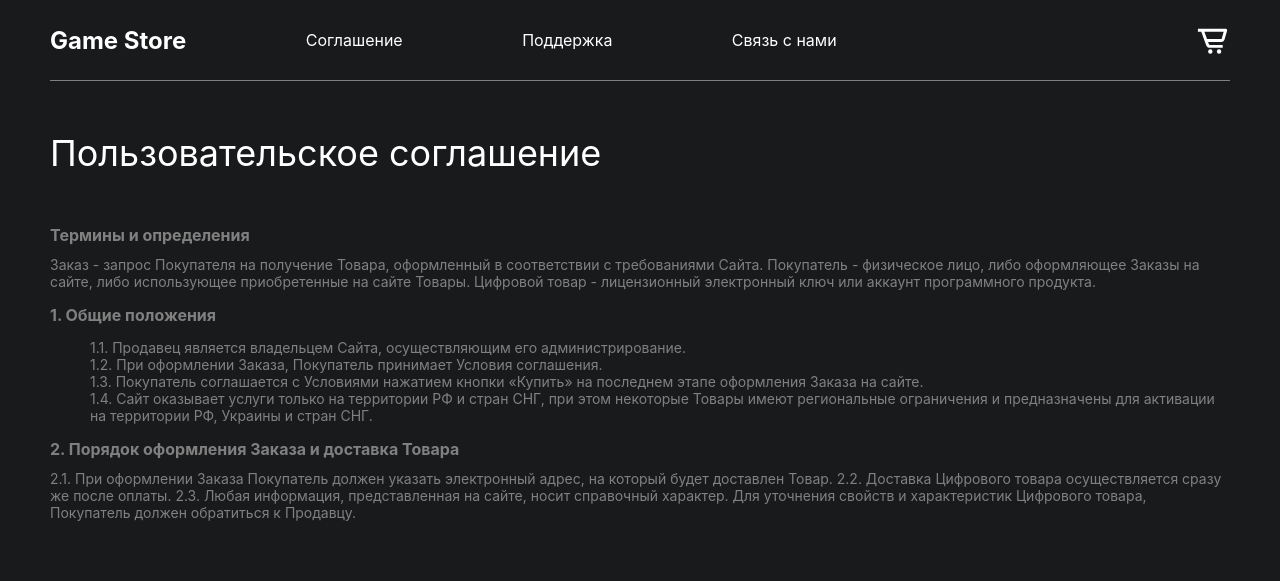
Repository: Minkeani/GameStore
Page: /agreement
The author's editor kept a copy of each file at every save. The page is drawn from the files as they stood at one save, then again after the next save.
The browser window is 1280 px wide. The pictures show the whole page.
The project was rebuilt for these pictures with package versions that can differ from the ones it lists, and the page was loaded fresh each time. Also part of the build but not shown: src/components/ItemsInCart/ItemsInCart.css, src/components/ItemsInCart/ItemsInCart.jsx, src/components/CartMenu/CartMenu.css, src/components/Btn/Btn.css, src/components/Btn/Btn.jsx, src/components/CartItem/CartItem.css, src/components/CartItem/CartItem.jsx, src/components/utils/utils.js and 17 more.

Above is the page before, as saved 2022-09-11 10:42:47.

### src/index.js
import React from 'react';
import ReactDOM from 'react-dom/client';
import './index.css';
import App from './App';
import reportWebVitals from './reportWebVitals';

const root = ReactDOM.createRoot(document.getElementById('root'));
root.render(
    <App />
);

### src/index.css
body {
  margin: 0;
  font-family: -apple-system, BlinkMacSystemFont, 'Segoe UI', 'Roboto', 'Oxygen',
    'Ubuntu', 'Cantarell', 'Fira Sans', 'Droid Sans', 'Helvetica Neue',
    sans-serif;
  -webkit-font-smoothing: antialiased;
  -moz-osx-font-smoothing: grayscale;
    background-color: rgb(25, 26, 28);
}

code {
  font-family: source-code-pro, Menlo, Monaco, Consolas, 'Courier New',
    monospace;
}

.App {
  max-width: 1180px;;
  margin: 0 auto;
  padding: 0 40px;
  color: white;
}

a {
  color: white;
  text-decoration: none;
}

.secondary-text {
  color: rgb(80, 82, 84);
}

### src/App.js
import { BrowserRouter, Routes, Route } from "react-router-dom";
import Header from "./components/Header/Header";
import { Provider } from "react-redux";
import GamePage from "./components/GamePage/GamePage";
import OrderPage from "./components/OrderPage/OrderPage";
import HomePage from "./pages/HomePage/HomePage";
import {store} from './redux'
import Agreement from "./components/Agreement/Agreement";


function App() {
  return (
    <Provider store={store}>
    <BrowserRouter>
      <div className="App">
        <Header />
        <Routes>
          <Route path="/" element={<HomePage />} />
          <Route path="/app/:title" element={<GamePage />} />
          <Route path="/order" element={<OrderPage />} />
          <Route path="/agreement" element={<Agreement />} />
        </Routes>
      </div>
    </BrowserRouter>
    </Provider>
  );
}

export default App;

### src/components/Header/Header.js
import React from 'react'
import { Link } from 'react-router-dom'
import CartBlock from '../CartBlock/CartBlock'
import './Header.css'

export default function Header() {
  return (
    <div className="header">
      <div className="wrapper">
            <Link to='/' className='header__store-title'>Game Store</Link>
            <Link to='/Agreement'>Соглашение</Link>
            <Link to='/'>Поддержка</Link>
            <a to='/'>Связь с нами</a>

      </div>
      <div className="wrapper header__cart-btn-wrapper">
        <CartBlock/>
      </div>
    </div>
  )
}

### src/redux/index.js
import { configureStore } from '@reduxjs/toolkit';
import gamesReducer from './games/gamesReducer';
import reducerCart from './cart/reducerCart';

export const store = configureStore({
    reducer: {
        games: gamesReducer,
        cart: reducerCart
    }
  })

### src/components/Agreement/Agreement.jsx
import React from "react";
import Title from "../Ui/Title/Title";
import BigTitle from "../Ui/BigTitle/BigTitle";
import P from "../Ui/P/P";
import "./Agreement.css";

const Agreement = () => {
  return (
    <div>
      <BigTitle>Пользовательское соглашение</BigTitle>
      <Title>Термины и определения</Title>
      <P>
        Заказ - запрос Покупателя на получение Товара, оформленный в
        соответствии с требованиями Сайта. Покупатель - физическое лицо, либо
        оформляющее Заказы на сайте, либо использующее приобретенные на сайте
        Товары. Цифровой товар - лицензионный электронный ключ или аккаунт
        программного продукта.
      </P>
      <Title>1. Общие положения</Title>
      <P>
        <ul className="list">
          <li>
            1.1. Продавец является владельцем Сайта, осуществляющим его
            администрирование.
          </li>
          <li>
            1.2. При оформлении Заказа, Покупатель принимает Условия соглашения.
          </li>
          <li>
            1.3. Покупатель соглашается с Условиями нажатием кнопки «Купить» на
            последнем этапе оформления Заказа на сайте.
          </li>
          <li>
            1.4. Сайт оказывает услуги только на территории РФ и стран СНГ, при
            этом некоторые Товары имеют региональные ограничения и предназначены
            для активации на территории РФ, Украины и стран СНГ.
          </li>
        </ul>
      </P>
      <Title>2. Порядок оформления Заказа и доставка Товара</Title>
      <P>2.1. При оформлении Заказа Покупатель должен указать электронный адрес, на который будет доставлен Товар.

2.2. Доставка Цифрового товара осуществляется сразу же после оплаты.

2.3. Любая информация, представленная на сайте, носит справочный характер. Для уточнения свойств и характеристик Цифрового товара, Покупатель должен обратиться к Продавцу.</P>
    </div>
  );
};

export default Agreement;

### src/components/CartBlock/CartBlock.jsx
import React, { useState, useCallback } from "react";
import "./CartBlock.css";
import { useSelector } from "react-redux";
import { BiCartAlt } from "react-icons/bi";
import ItemsInCart from "../ItemsInCart/ItemsInCart";
import CartMenu from "../CartMenu/CartMenu";
import { useNavigate } from "react-router-dom";

export default function CartBlock() {
  const items = useSelector((state) => state.cart.itemsInCart);
  const totalPrice = items.reduce((acc, game) => (acc += game.price), 0);
  const [isCartMenuVisible, setCartMenuVisible] = useState(false)

  const navigate = useNavigate()

  const handleClick = useCallback(() => {
    setCartMenuVisible(false)
    navigate('/order')
  }, [navigate])

  return (
    <div className="cart-block">
      <ItemsInCart quantity={items.length}/>
      <BiCartAlt size={35} className="cart-icon" onClick={() => setCartMenuVisible(!isCartMenuVisible)} />
      {totalPrice > 0 ? (
        <span className="total-price">{totalPrice} руб</span>
      ) : null}

     {isCartMenuVisible ? <CartMenu items={items} onClick={handleClick} /> : ''}
    </div>
  );
}

### src/components/Header/Header.css
.header {
    height: 80px;
    display: flex;
    align-items: center;
    justify-content: space-between;
    margin-bottom: 30px;
    border-bottom: 1px solid gray
}

.wrapper {
    display: flex;
    flex-grow: 1;
    align-items: center;
    justify-content: space-between;

}

.wrapper a{

}

.header__store-title {
    color: white;
    text-decoration: none;
    font-size: 24px;
    font-weight: bold;
}

.header__cart-btn-wrapper {
    justify-content: flex-end;
}

### src/redux/games/gamesReducer.js
import { createSlice } from '@reduxjs/toolkit'

const gamesSlice = createSlice({
  name: 'games',
  initialState: {
    currentGame: null
  },
  reducers: {
    setCurrentGame: (state, action) => {
      state.currentGame = action.payload
    },
  }
});

export const { setCurrentGame } = gamesSlice.actions;
export default gamesSlice.reducer;

### src/redux/cart/reducerCart.js
import { createSlice } from "@reduxjs/toolkit";

const cartSlice = createSlice({
    name: 'cart',
    initialState: {
        itemsInCart: []
    },
    reducers: {
        setItemInCart: (state, action) => {
            state.itemsInCart.push(action.payload)
    },
        deleteItemFromCart: (state, action) => {
        state.itemsInCart = state.itemsInCart.filter(game => game.id !== action.payload)
    }
}
});

export const {setItemInCart, deleteItemFromCart} = cartSlice.actions;
export default cartSlice.reducer;

### src/components/Ui/Title/Title.jsx
import React from 'react';
import './Title.css'

const Title = ({children}) => {
    return (
        <div className='Title'>
            {children}
        </div>
    );
}

export default Title;

### src/components/Ui/BigTitle/BigTitle.jsx
import React from 'react';
import './BigTitle.css'

const BigTitle = ({children}) => {
    return (
        <h2 className='BigTitle'>
            {children}
        </h2>
    );
}

export default BigTitle;

### src/components/Ui/P/P.jsx
import React from 'react';
import './P.css'

const P = ({children}) => {
    return (
        <div className='paragraph'>
            {children}
        </div>
    );
}

export default P;

### src/components/Agreement/Agreement.css
.list li{
    list-style-type: none
}

### src/components/CartBlock/CartBlock.css
.cart-block {
    display: flex;
    align-items: center;
    position: relative;
}

.total-price {
    margin-left: 15px;
    font-size: 18px;
    font-weight: bold;
}

.cart-icon {
    cursor: pointer;
    position: relative;
}

### src/components/Ui/Title/Title.css
.Title {
    color: gray;
    font-weight: 700;
    line-height: 1.3;
    margin: 15px 0 10px;
}

### src/components/Ui/BigTitle/BigTitle.css
.BigTitle {
    font-size: 36px;
    font-weight: 400;
    color: #fff;
    padding: 20px 0;
}

### src/components/Ui/P/P.css
.paragraph {
    margin-bottom: 10px;
    color: gray;
    font-size: 14px;
    font-weight: 400;
    font-style: normal;
}

Loaded but not shown: public/index.html (common file); src/reportWebVitals.js (common file)

After the next save:
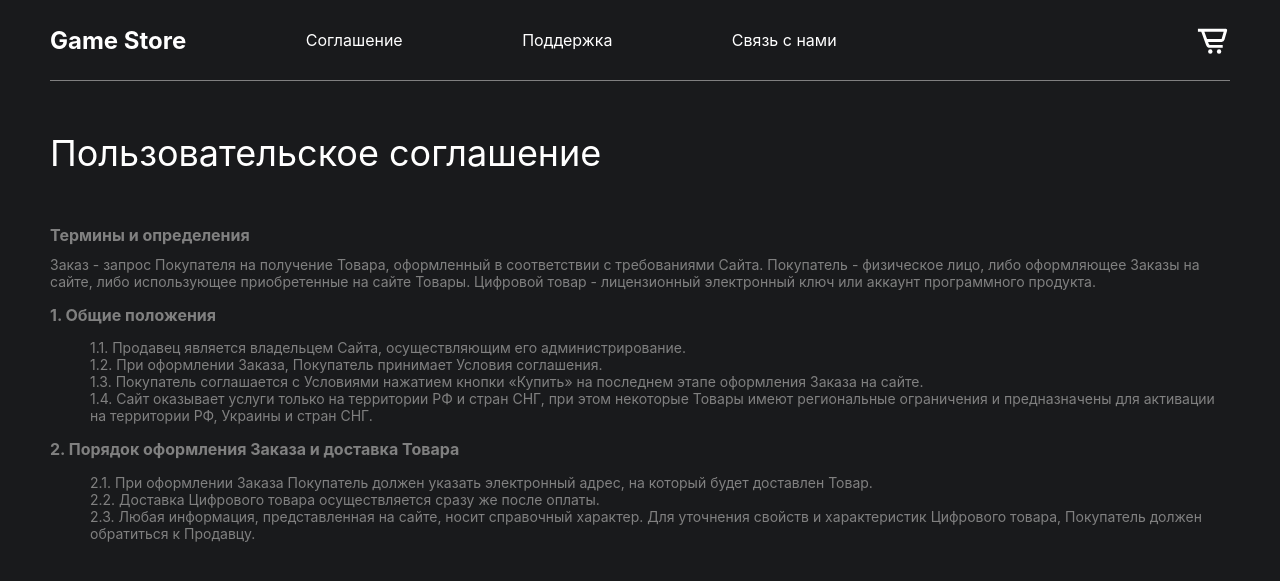
Saved 70 s later.
--- a/src/components/Agreement/Agreement.jsx
+++ b/src/components/Agreement/Agreement.jsx
@@ -38,11 +38,23 @@ const Agreement = () => {
         </ul>
       </P>
       <Title>2. Порядок оформления Заказа и доставка Товара</Title>
-      <P>2.1. При оформлении Заказа Покупатель должен указать электронный адрес, на который будет доставлен Товар.
-
-2.2. Доставка Цифрового товара осуществляется сразу же после оплаты.
-
-2.3. Любая информация, представленная на сайте, носит справочный характер. Для уточнения свойств и характеристик Цифрового товара, Покупатель должен обратиться к Продавцу.</P>
+      <P>
+        <ul className="list">
+          <li>
+            2.1. При оформлении Заказа Покупатель должен указать электронный
+            адрес, на который будет доставлен Товар.
+          </li>
+          <li>
+            2.2. Доставка Цифрового товара осуществляется сразу же после оплаты.
+          </li>
+          <li>
+            2.3. Любая информация, представленная на сайте, носит справочный
+            характер. Для уточнения свойств и характеристик Цифрового товара,
+            Покупатель должен обратиться к Продавцу.
+          </li>
+          <li></li>
+        </ul>
+      </P>
     </div>
   );
 };
